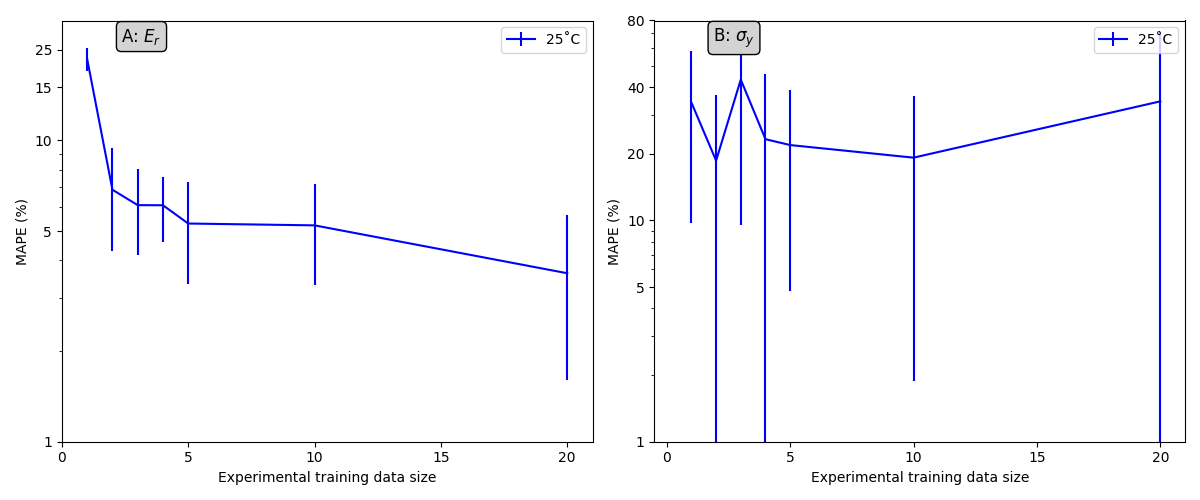
Repository: JoeSpencer1/temperature-dependant
Script's output: python src/figures.py
These files come from the project's save history. The script's output is drawn as it stood at one moment and after the next save; the edit follows.
Random numbers start from a fixed seed.

Above is the script's output before, as saved 2023-10-29 11:35:37.

After the next save:
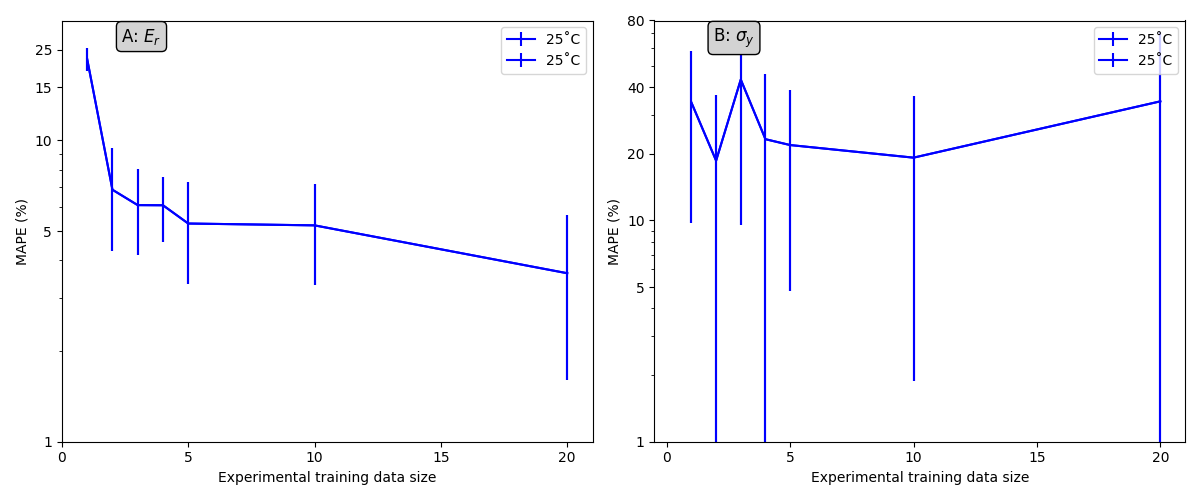
Saved 48 s later.
--- a/src/figures.py
+++ b/src/figures.py
@@ -9,6 +9,7 @@ Ti25σ = [34.068943, 18.617916, 43.272, 23.271488, 21.895184, 19.204937, 34.4995
 εTi25σ = [24.325975, 18.127224, 33.714092, 22.803173, 17.10482, 17.321714, 36.6192]
 
 fig, (ax1, ax2) = plt.subplots(1, 2, figsize=(12, 5))
+ax1.errorbar(n, Ti25E, yerr = εTi25E, color = 'blue', label = "25˚C")
 ax1.errorbar(n, Ti25E, yerr = εTi25E, color = 'blue', label = "25˚C")
 ax1.set_yscale('log')
 ax1.set_ylim([1, 25])
@@ -23,6 +24,7 @@ ax1.annotate("A: $E_{r}$", xy=(0.15, 0.95), xycoords="axes fraction",
               fontsize=12, ha="center",
               bbox=dict(boxstyle="round,pad=0.3", edgecolor="black", facecolor="lightgray"))
 
+ax2.errorbar(n1, Ti25σ, yerr = εTi25σ, color = 'blue', label = "25˚C")
 ax2.errorbar(n1, Ti25σ, yerr = εTi25σ, color = 'blue', label = "25˚C")
 ax2.set_yscale('log')
 ax2.set_ylim([1, 80])
